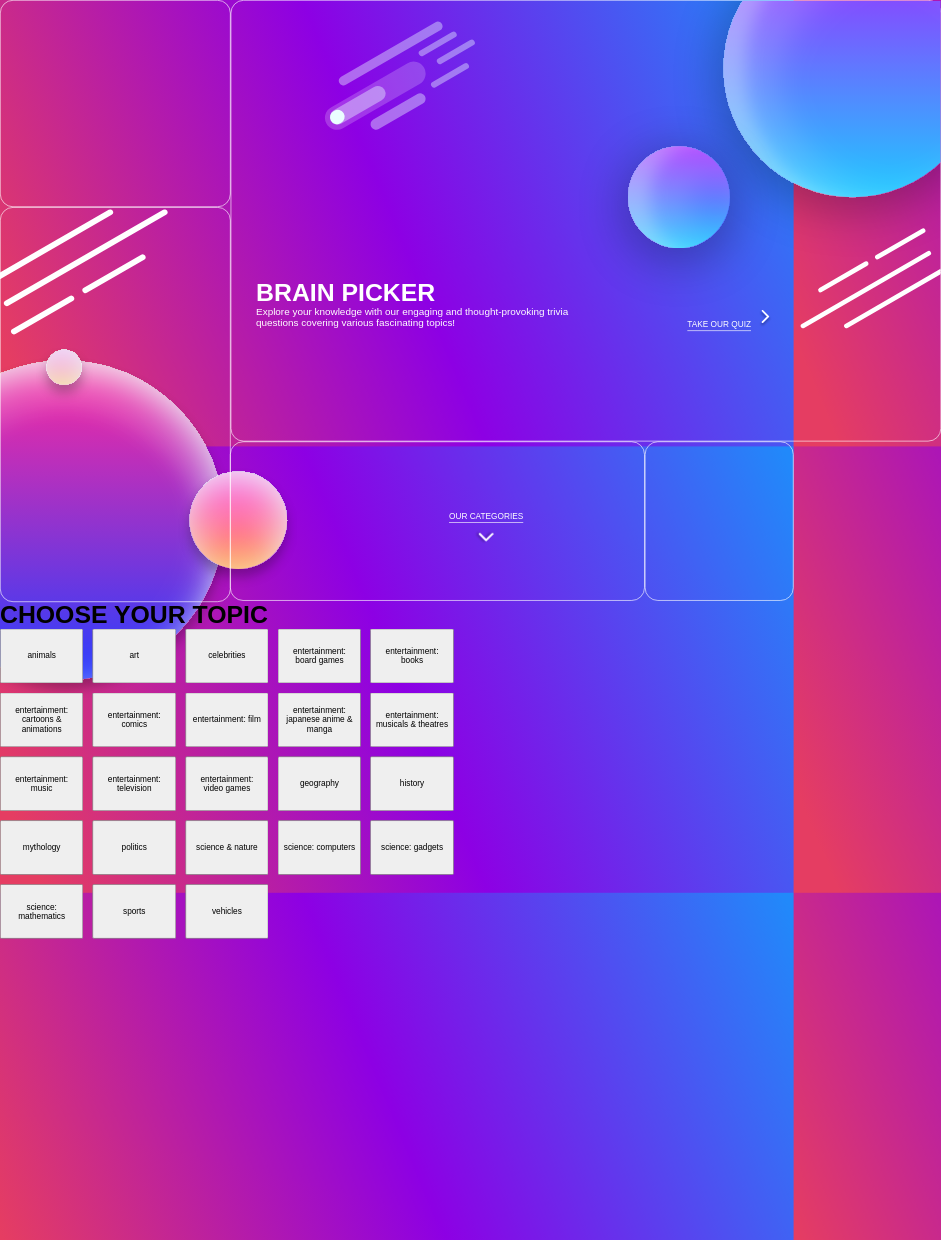
Repository: pjiang604/COMP-2170_Final-Project
Page: index.html
These files come from the project's save history. The page is drawn as it stood at one moment and after the next save; the edit follows.
The browser window is 1280 px wide. The page is 1518 px wide, so the pictures cover 1518 px, including what lies to the right of the window. The pictures show the whole page, at 62% of full size.
Backgrounds fixed to the window are drawn as part of the page.

Above is the page before, as saved 2023-04-30 12:12:21.

### index.html
<!DOCTYPE html>
<html lang="en">
  <head>
    <meta charset="UTF-8">
    <meta http-equiv="X-UA-Compatible" content="IE=edge">
    <meta name="viewport" content="width=device-width, initial-scale=1.0">
    <link rel="stylesheet" href="style.css">
    <title> Brain Picker </title>
    <script src="/easy.js"></script>
    <script src="/medium.js"></script>
    <script src="/hard.js"></script>
  </head>
  <body>
    <div class="container">
      <div class="graphic__left">
        <img class="bottom__left_sphere" src="/Assets/bg_graphics/bottom_left_sphere_group.svg" alt="">
        <img class="left__shooting_star" src="/Assets/bg_graphics/shooting_star_left.svg" alt="">
      </div>
      <div class="left__containers">
        <div class="left__container_top"></div>
        <div class="left__container_bottom"></div>
      </div>
      <div class="quiz__container">
        <div class="left__content">
          <h1> BRAIN PICKER </h1>
          <p> Explore your knowledge with our engaging and thought-provoking trivia questions covering various fascinating topics! </p>
        </div>
        <div class="right__content">
          <div class="graphics">
            <img class="shooting__star_top" src="/Assets/bg_graphics/shooting_star_alt.svg" alt="">
            <img class="top__right_sphere" src="/Assets/bg_graphics/top_right_sphere_group.svg" alt="">
            <img class="star__right" src="/Assets/bg_graphics/shooting_star_right.svg" alt="">
          </div>
          <div class="quiz__button">
            <a href="#">
              <button class="take__quiz_button"> TAKE OUR QUIZ </button>
              <img class="quiz__arrow" src="/Assets/buttons/arrow-head.svg" alt="">
            </a>
          </div>
        </div>
      </div>
    </div>
    <div class="bottom__containers">
      <div class="bottom__container_left">
        <a href="#">
          <button class="categories__button"> OUR CATEGORIES </button>
        </a>
        <img class="categories__arrow" src="/Assets/buttons/arrow-head.svg" alt="" width="30px">
      </div>
      <div class="bottom__container_right"></div>
    </div>

    <div class="categories__section">
      <h1 class="topics_header">CHOOSE YOUR TOPIC</h1>

      <div class="categories_container">
        <button class='topic_button' id="animals">animals</button>
        <button class='topic_button' id="art">art</button>
        <button class='topic_button' id="celebrities">celebrities</button>
        <button class='topic_button' id="board_games">entertainment: board games</button>
        <button class='topic_button' id="books">entertainment: books</button>
        <button class='topic_button' id="cartoons_animations">entertainment: cartoons & animations</button>
        <button class='topic_button' id="comics">entertainment: comics</button>
        <button class='topic_button' id="film">entertainment: film</button>
        <button class='topic_button' id="japanese_anime">entertainment: japanese anime & manga</button>
        <button class='topic_button' id="musicals_theatre">entertainment: musicals & theatres</button>
        <button class='topic_button' id="music">entertainment: music</button>
        <button class='topic_button' id="television">entertainment: television</button>
        <button class='topic_button' id="video_games">entertainment: video games</button>
        <button class='topic_button' id="geography">geography</button>
        <button class='topic_button' id="history">history</button>
        <button class='topic_button' id="mythology">mythology</button>
        <button class='topic_button' id="politics">politics</button>
        <button class='topic_button' id="science_nature">science & nature</button>
        <button class='topic_button' id="computers">science: computers</button>
        <button class='topic_button' id="gadgets">science: gadgets </button>
        <button class='topic_button' id="mathematics">science: mathematics</button>
        <button class='topic_button' id="sports">sports</button>
        <button class='topic_button' id="vehicles">vehicles</button>
      </div>
    </div>

  </body>
</html>

### style.css
:root {
	--font-family: Arial, Helvetica, sans-serif;
	--font-weight-general: normal;
	--font-weight-light: 100;
	--font-weight-bold: bold;
	--font-size-body: 12pt;
	--font-size-heading: 30pt;
	--font-size-sub-heading: 22pt;

	--white: #fff;
	--black: #000000;
}

h1 {
	font-size: var(--font-size-heading);
	font-weight: var(--font-weight-bold);
	font-family: var(--font-family);
}

h2 {
	font-size: var(--font-size-sub-heading);
	font-weight: var(--font-weight-bold);
	font-family: var(--font-family);
}

p {
	font-size: var(--font-size-body);
	font-weight: var(--font-weight-general);
	font-family: var(--font-family);
}

* {
	margin: 0;
}

body {
	/* Linear gradient bg */
	background: linear-gradient(247.38deg, #2189FA 0.96%, #8D00E4 50.19%, #E53D62 95.42%);
	min-height: 2000px;
	background-attachment: fixed;
	background-position: center;
	background-repeat: no-repeat;
	background-size: cover;
	max-width: 100%;
}

/**Main container**/
.container {
	display: flex;
}

.bottom__left_sphere {
	position: absolute;
	width: 30rem;
	top: 35rem;
	z-index: -1;
}

.left__shooting_star {
	width: 17rem;
	position: absolute;
	top: 21rem;
}

/**Left containers**/
.left__container_top {
	box-sizing: border-box;
	display: flex;
	width: 372px;
	height: 334px;
	border: 0.25px solid #FFFFFF;
	border-radius: 21px;
}

.left__container_bottom {
	box-sizing: border-box;
	display: flex;
	width: 372px;
	height: 637px;
	border: 0.25px solid #FFFFFF;
	border-radius: 21px;
}

/**Bottom containers**/
.bottom__containers {
	display: flex;
	margin-top: -16.2rem;
	/* justify-content: end; */
	padding-left: 23.2rem;
}

.bottom__container_left {
	box-sizing: border-box;
	display: flex;
	width: 52.8rem;
	height: 257px;
	border: 0.25px solid #FFFFFF;
	border-radius: 21px;
}

.bottom__container_right {
	box-sizing: border-box;
	display: flex;
	width: 303px;
	height: 257px;
	border: 0.25px solid #FFFFFF;
	border-radius: 21px;
}

/**Quiz Section**/
.quiz__container {
	box-sizing: border-box;
	display: flex;
	width: 71.6rem;
	height: 44.5rem;
	border: 0.15px solid #FFFFFF;
	border-radius: 21px;
}

.shooting__star_top {
	position: absolute;
	right: 32rem;
	top: 2rem;
}

.top__right_sphere {
	display: flex;
	justify-content: end;
}

.star__right {
	display: flex;
	position: relative;
	float: right;
	bottom: 8rem;
}

.left__content {
	color: var(--white);
	width: 40rem;
	padding-left: 2.5rem;
	padding-top: 28rem;
}

.take__quiz_button {
	border: none;
	text-decoration: underline;
	text-underline-offset: 5px;
	color: var(--white);
	background: none;
	padding-left: 11rem;
	cursor: pointer;
}

.quiz__button>a {
	text-decoration: none;
}


.categories__button {
	border: none;
	text-decoration: underline;
	text-underline-offset: 5px;
	color: var(--white);
	background: none;
	padding-left: 22rem;
	padding-top: 7rem;
	cursor: pointer;
}

.categories__arrow {
	rotate: 90deg;
	margin-top: 2.5rem;
	position: absolute;
	left: 48rem;
	top: 50.5rem;
}

.bottom__container_left>a {
	text-decoration: none;
}


/** Topics Section **/

.categories_container{
	display: grid;
	grid-template-columns: 8.4rem 8.4rem 8.4rem 8.4rem 8.4rem;
	gap: .935rem;
}

.topic_button{
	width: 8.4rem;
	height: 5.5rem;
}

Loaded but not shown: easy.js (no stored copy; drawn as an empty file); medium.js (no stored copy; drawn as an empty file); hard.js (no stored copy; drawn as an empty file)

After the next save:
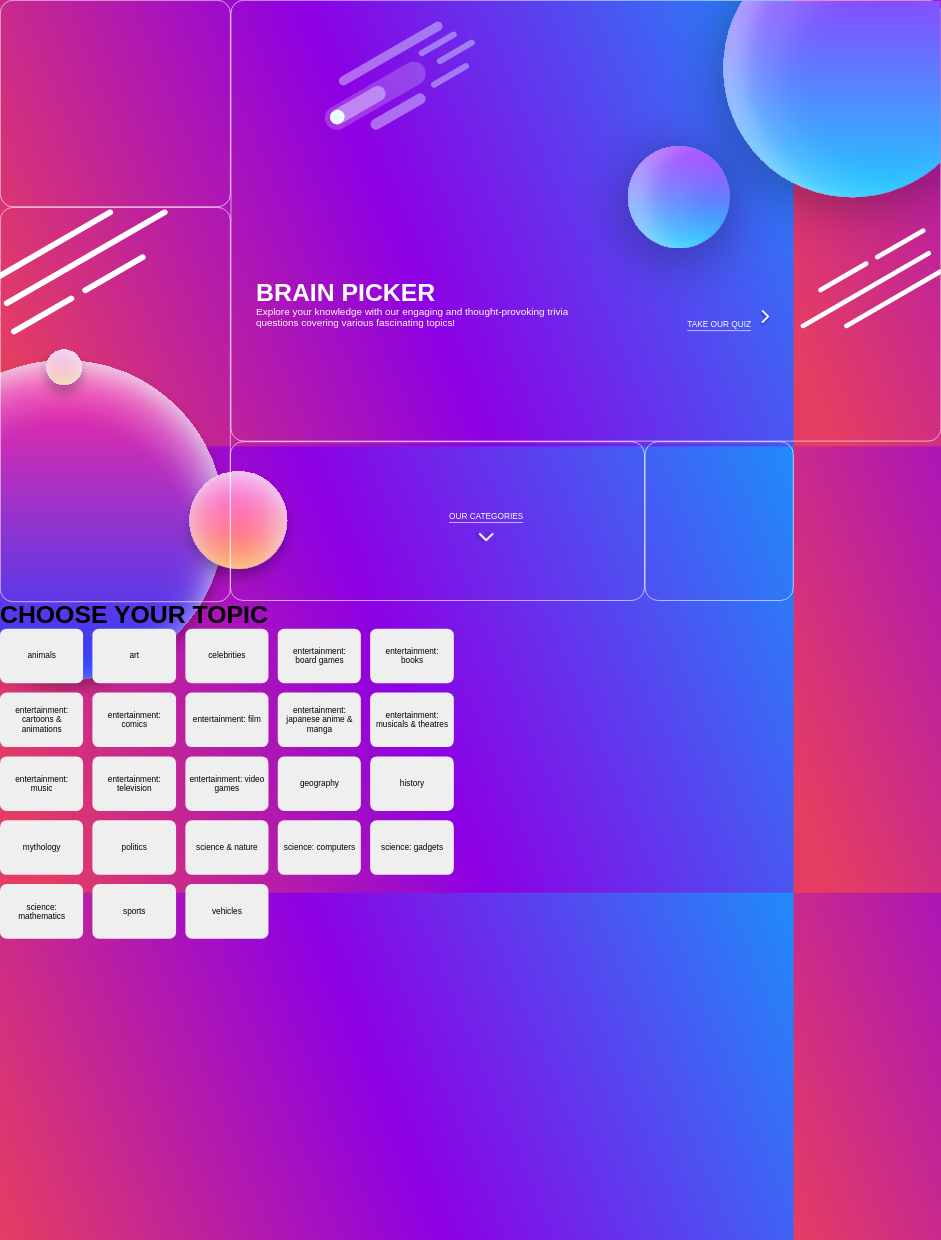
Saved 36 s later.
--- a/style.css
+++ b/style.css
@@ -192,4 +192,6 @@ body {
 .topic_button{
 	width: 8.4rem;
 	height: 5.5rem;
+	border-radius: 0.656rem;
+	border: .5rem;
 }
